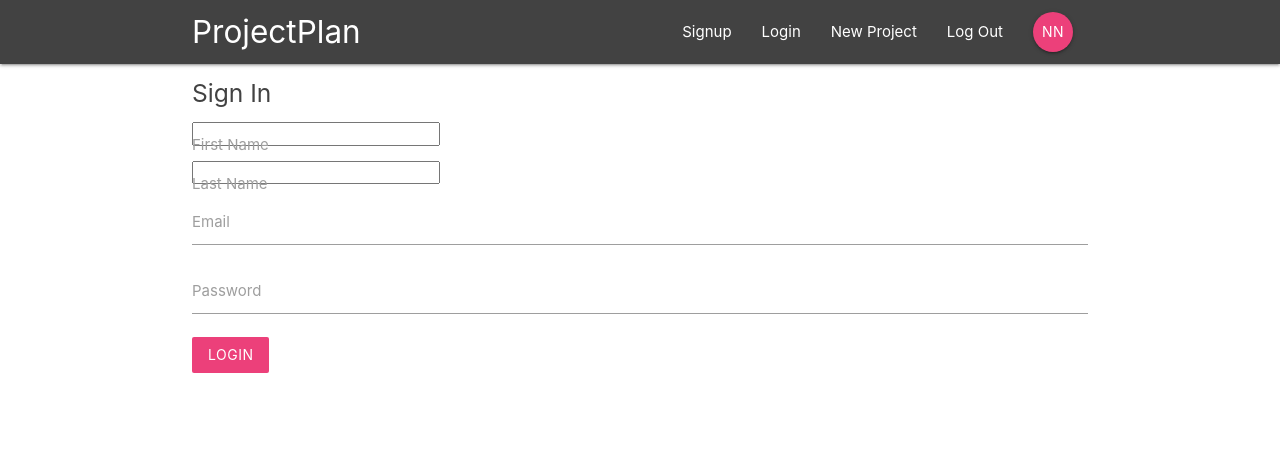
Repository: Ranjan08385/React-Firebase-Project
Page: /signup
These files come from the project's save history. The page is drawn as it stood at one moment and after the next save; the edit follows.
The browser window is 1280 px wide. The pictures show the whole page.
The project was rebuilt for these pictures with package versions that can differ from the ones it lists, and the page was loaded fresh each time. Also part of the build but not shown: src/Components/dashboard/Notification.js, src/Components/projects/ProjectSummary.js, src/Components/projects/ProjectList.js, src/Components/dashboard/Dashboard.js, src/Components/projects/ProjectDetails.js, src/Components/auth/SignIn.js.

Above is the page before, as saved 2019-10-10 12:21:12.

After the next save:
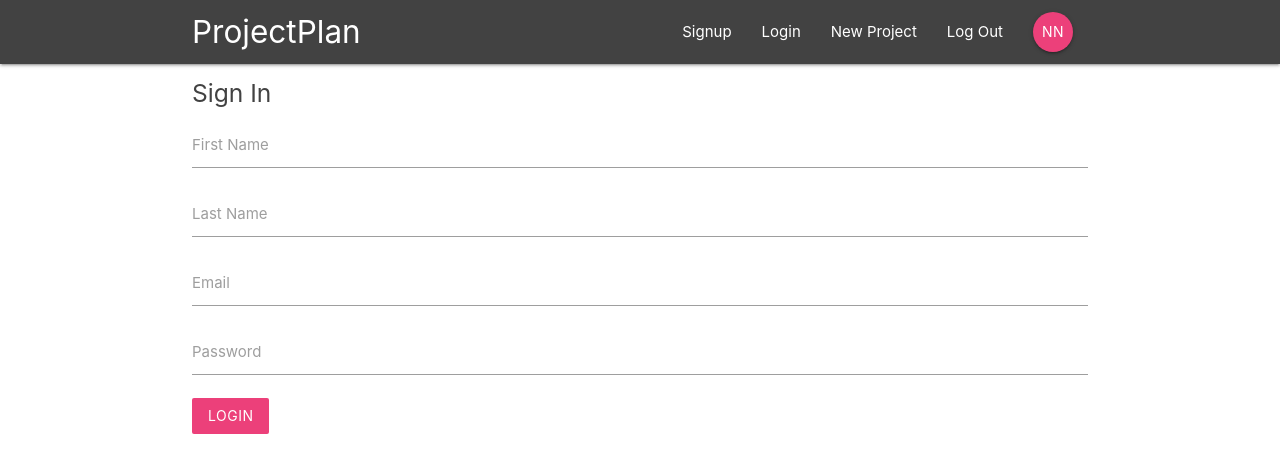
Saved 46 s later.
--- a/src/Components/auth/SignUp.js
+++ b/src/Components/auth/SignUp.js
@@ -30,15 +30,11 @@
           <h5 className="grey-text text-darken-3">Sign In</h5>
           <div className="input-field">
             <label htmlFor="firstname">First Name</label>
-            <input
-              type="firstname"
-              id="firstname"
-              onChange={this.handleChange}
-            />
+            <input type="text" id="firstname" onChange={this.handleChange} />
           </div>
           <div className="input-field">
             <label htmlFor="lastname">Last Name</label>
-            <input type="lastname" id="lastname" onChange={this.handleChange} />
+            <input type="text" id="lastname" onChange={this.handleChange} />
           </div>
 
           <div className="input-field">
